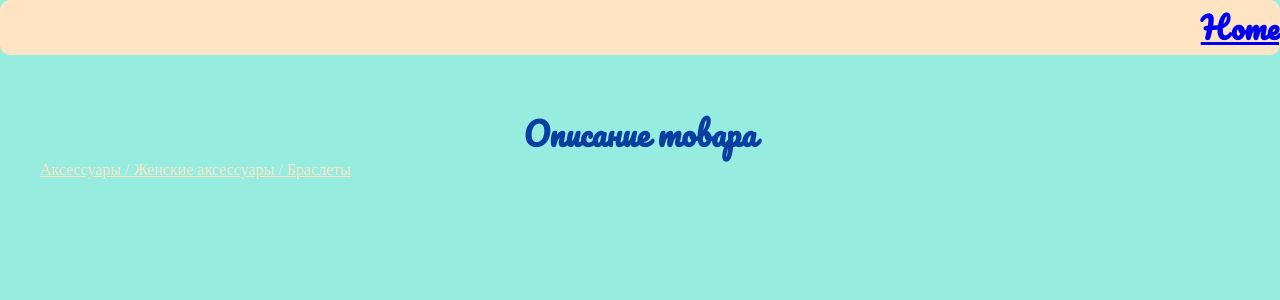
Repository: annamsklv/web
Page: seminar2_26.01/product page.html
These files come from the project's save history. The page is drawn as it stood at one moment and after a run of saves; the edit follows.
The browser window is 1280 px wide. The pictures show the whole page.

Above is the page before, as saved 2023-02-01 20:22:39.

### seminar2_26.01/product page.html
<!DOCTYPE html>
<html lang="en">
<head>
    <meta charset="UTF-8">
    <meta http-equiv="X-UA-Compatible" content="IE-edge">
    <meta name="viewport" content="width=device-width, initial-scale=1.0">
    <div class="home">
        <a class="link" href="index.html">Home</a>
    </div>
    <title>Продукт</title>
    <link rel="preconnect" href="https://fonts.googleapis.com">
<link rel="preconnect" href="https://fonts.gstatic.com" crossorigin>
<link href="https://fonts.googleapis.com/css2?family=Pacifico&display=swap" rel="stylesheet">
    <link rel="stylesheet" href="product style.css">

</head>


<body>

    <div class="header">
    <div class="container"></div>
    <h1 class="title">Описание товара</h1>
    </div>
    </div>

    <div class="content">
        <div class="container">
            <div class="categories">
                <a class="category-link" href="#">Аксессуары / Женские аксессуары / Браслеты</a>
            </div>

        </div>
    </div>

<div class="footer">


</div>

</body>
</html>

### seminar2_26.01/product style.css
* {
    margin: 0;
    padding: 0;
}

body{
    background-color: rgb(150, 236, 222);
}
.container{
    width: 1200px;
    margin: 0 auto;
}

.title{
    text-align: center;
    margin-top: 50px;
    font-family: 'Pacifico';
    color: rgb(10, 63, 161);
}

.home{
    font-family: 'Pacifico', cursive;
    color: rgb(10, 63, 161);
    font-size: 30px;
    font-weight: bold;
    background-color: bisque;
    border-radius: 10px;
    display: block;
    border: 1px solid transparent;
    text-align: right;
}

.home:hover{
    border: 1 px solid darkmagenta;
    color: darkmagenta;
    background-color: white;

}

.category-link{
    color:bisque;

}

After the next 4 saves:
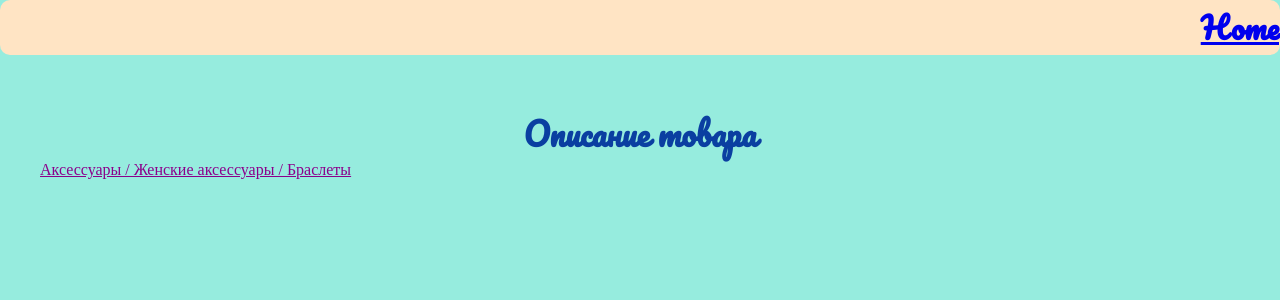
The 4 saves are shown as one change because they came seconds apart.
The last was saved 25 s later.
--- a/seminar2_26.01/product style.css
+++ b/seminar2_26.01/product style.css
@@ -38,6 +38,6 @@ body{
 }
 
 .category-link{
-    color:bisque;
+    color:darkmagenta;
 
 }
